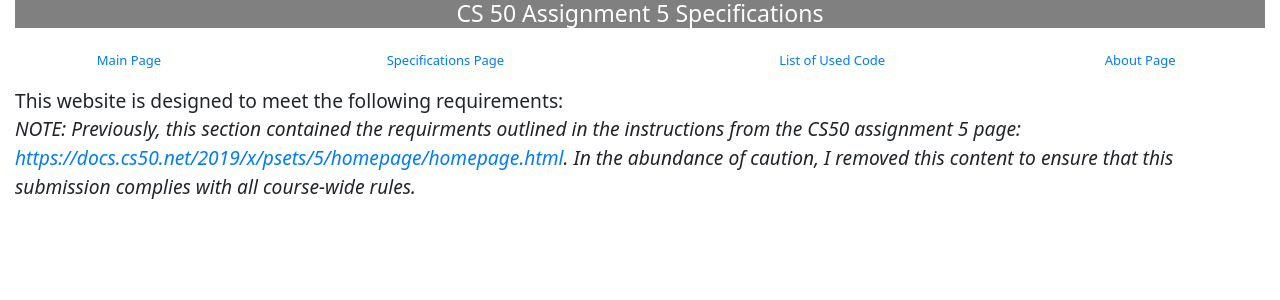
Repository: RSchwinn/cs50
Page: workspace/pset5/homepage/specs.html
The author's editor kept a record of every edit. The page is drawn from the files as they stood at one moment, then again after the next edit.
The browser window is 1280 px wide. The pictures show the whole page.

Above is the page before.

After the next edit:
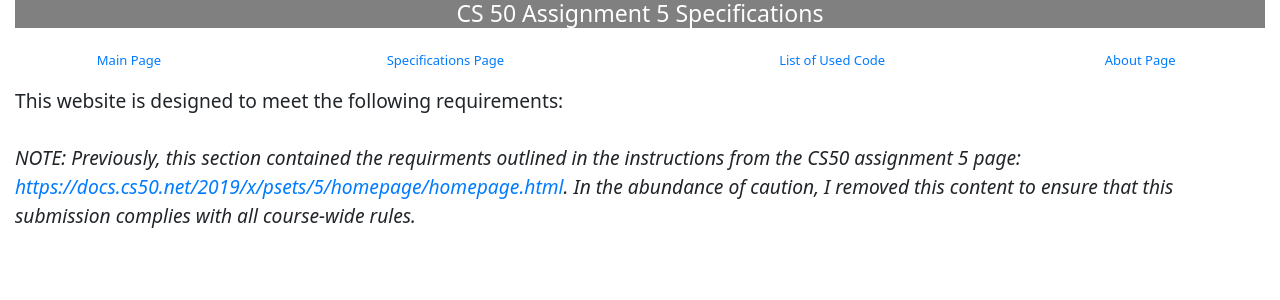
The edit:
--- a/workspace/pset5/homepage/specs.html
+++ b/workspace/pset5/homepage/specs.html
@@ -23,7 +23,7 @@
 </tr>
 </table>
 
-      This website is designed to meet the following requirements: <br>
+      This website is designed to meet the following requirements: <br> <BR>
 
     <div> <i>NOTE: Previously, this section contained the requirments outlined in the instructions from the CS50 assignment 5
       page: <a href = "https://docs.cs50.net/2019/x/psets/5/homepage/homepage.html">https://docs.cs50.net/2019/x/psets/5/homepage/homepage.html</a>.
